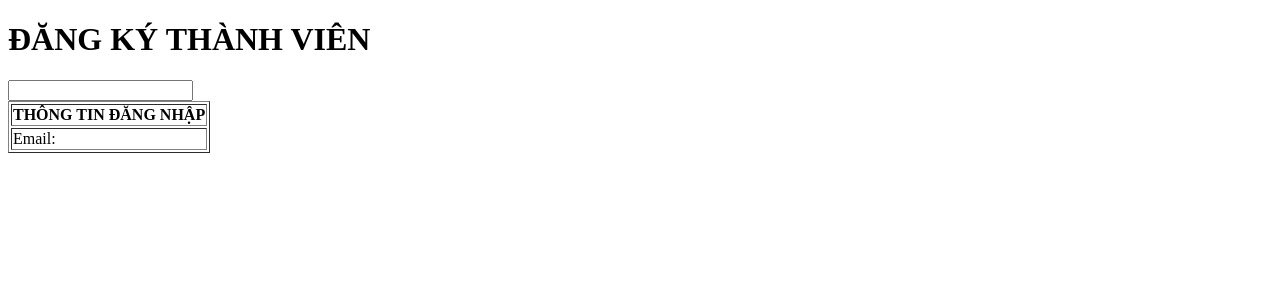
Repository: vnmk1/jsp_servlet-tutorials
Page: Bai2_HTML/src/main/webapp/register.html
The author's editor kept a copy of each file at every save. The page is drawn from the files as they stood at one save, then again after the next save.
The browser window is 1280 px wide. The pictures show the whole page.

Above is the page before, as saved 2023-07-15 09:09:31.

After the next save:
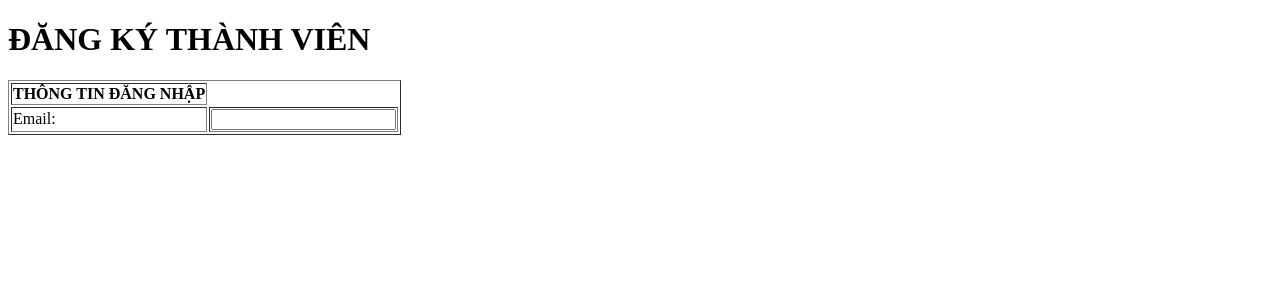
Saved 16 s later.
--- a/Bai2_HTML/src/main/webapp/register.html
+++ b/Bai2_HTML/src/main/webapp/register.html
@@ -13,7 +13,7 @@
 		</tr>
 		<tr>
 			<td>Email:</td>
-			<input>
+			<td><input></td>
 		</tr>
 	</tbody>
 </table>
